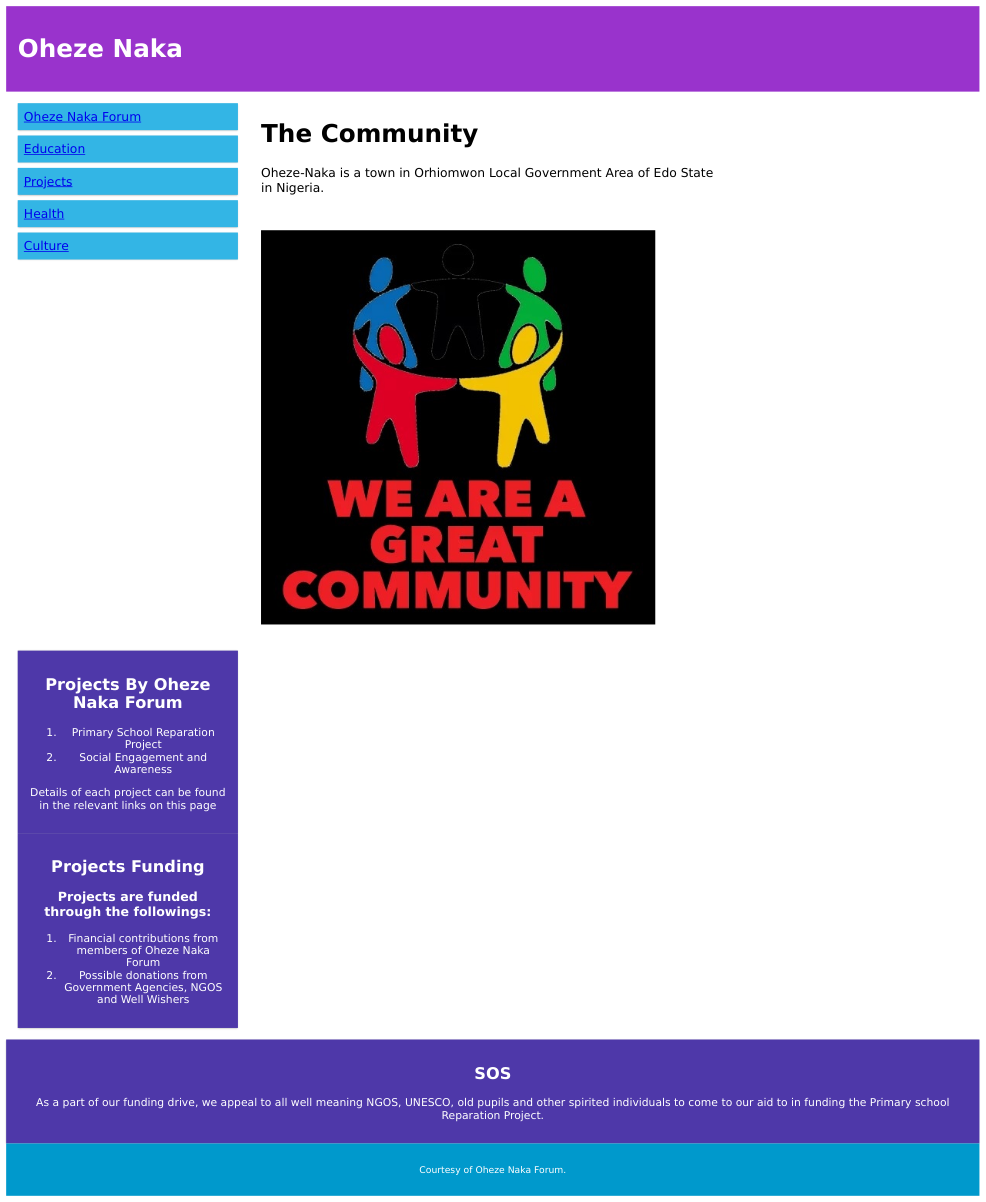
Repository: OtasowieRotimiOsifo/oheze-naka-forum
Page: navigation2.html
An editor plug-in stored every save of this project. The page is shown before and after the next save, followed by the edit.
The browser window is 1280 px wide. The pictures show the whole page, at 77% of full size.

Above is the page before, as saved 2021-03-20 21:33:43.

After the next save:
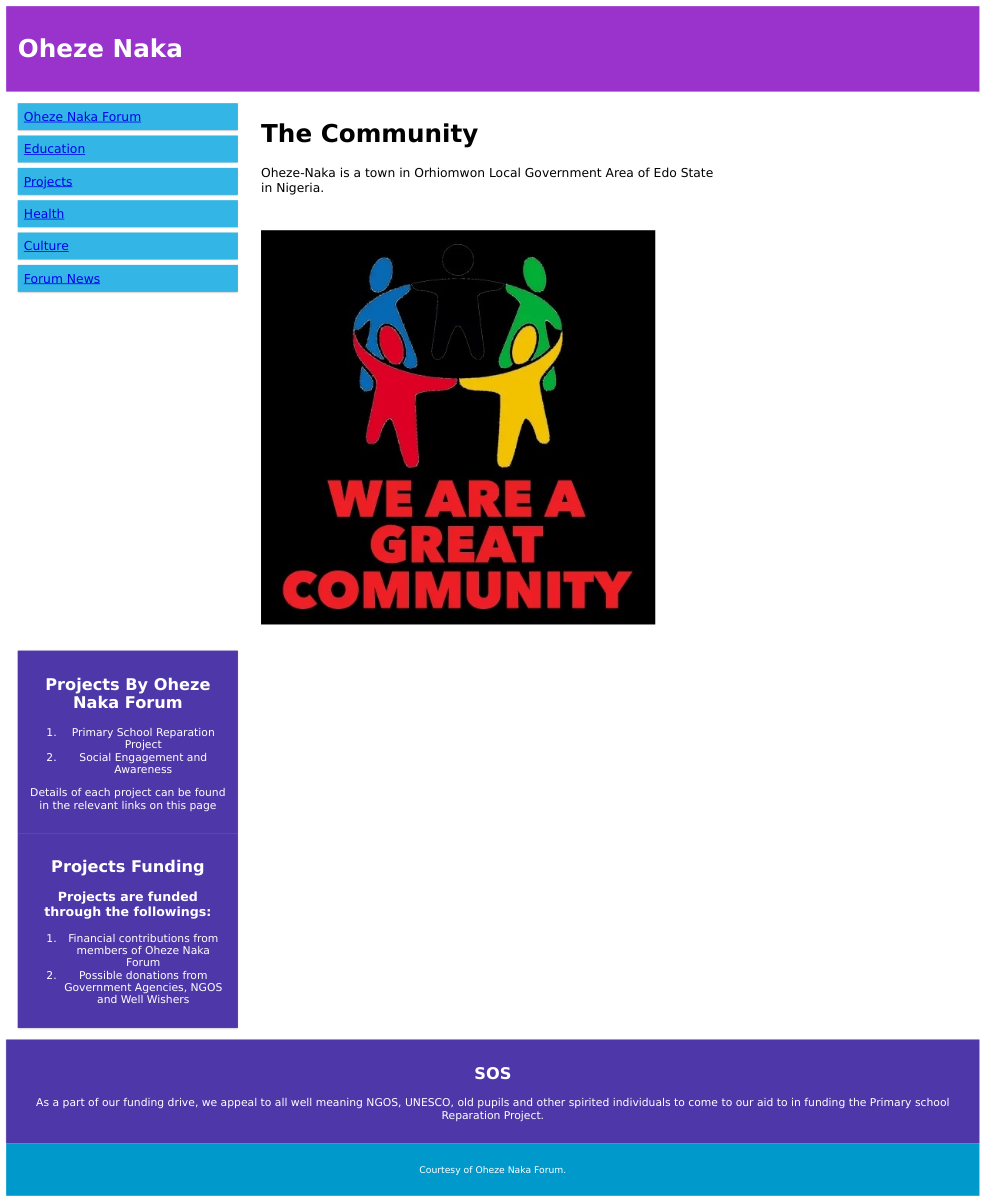
Saved 3 min 25 s later.
--- a/navigation2.html
+++ b/navigation2.html
@@ -117,6 +117,7 @@ html {
       <li><a href="projects.html">Projects</a></li>
       <li><a href="maternity.html">Health</a></li>
       <li><a href="culture.html">Culture</a></li>
+      <li><a href="activities.html">Forum News</a></li>
     </ul>
   </nav>
   </div>
